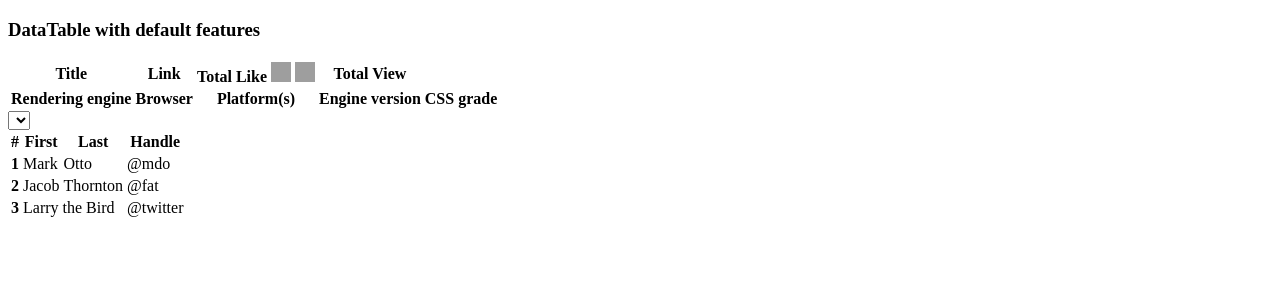
Repository: AnnPTit/Java04_jsp_servelet
Page: http://localhost/Asm/admins/home.jsp
An editor plug-in stored every save of this project. The page is shown before and after the next save, followed by the edit.
The browser window is 1280 px wide. The pictures show the whole page.
Pictures or frames that could not be fetched are drawn as grey boxes. Some web libraries are served in a nearby version. The page is served by Tomcat 9. Nobody is signed in. The application's start-up code is not run. The template is opened directly, without the code that normally fills it, so the values that code supplies are empty.

Above is the page before, as saved 2023-03-24 14:37:24.

After the next save:
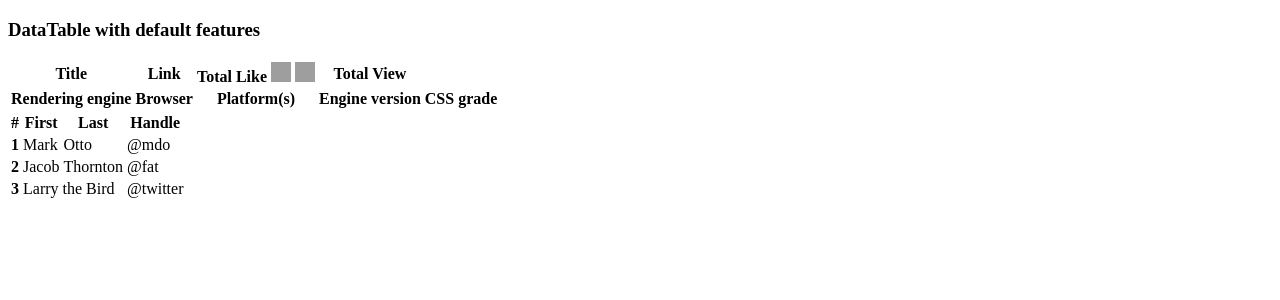
Saved 37 s later.
--- a/Asm/src/main/webapp/admins/home.jsp
+++ b/Asm/src/main/webapp/admins/home.jsp
@@ -61,13 +61,13 @@
 		<!-- /.card-body -->
 	</div>
 
-	<div>
+<%-- 	<div>
 		<select class="form-select" aria-label="Default select example">
 			<c:forEach items="${listVideo}" var="x">
 				<option value=""> <a href="${pageContext.request.contextPath}/admins/Admin?page=home&action=getUserLike" type="submit"></a></option>
 			</c:forEach>
 		</select>
-	</div>
+	</div> --%>
 	<table class="table">
 		<thead>
 			<tr>
